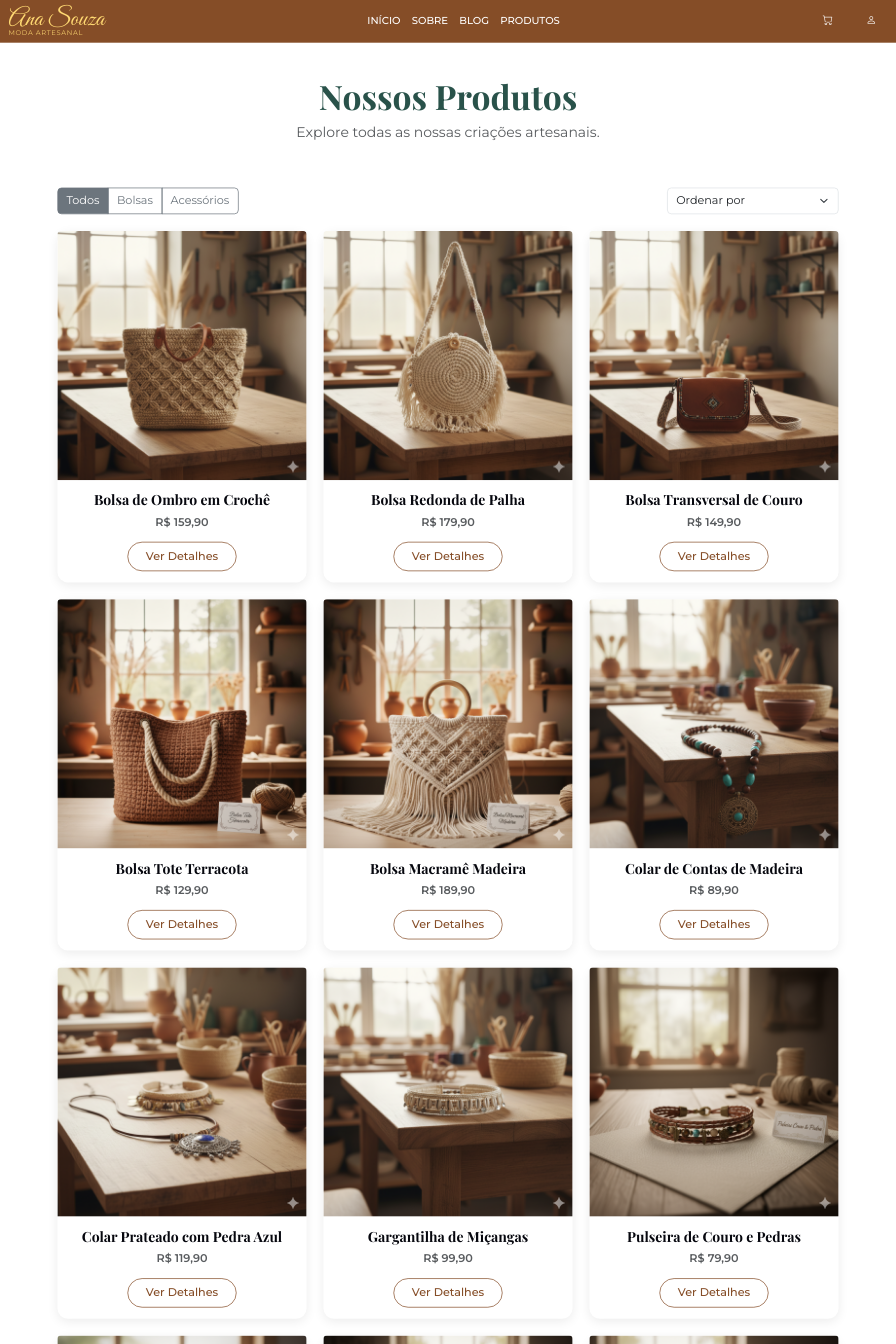
Repository: Lucascsg/projeto-anasouza-frontend
Page: produtos.html
These files come from the project's save history. The page is drawn as it stood at one moment and after the next save; the edit follows.
The browser window is 1280 px wide. The pictures show the part of the page from y = 0 to 1920 px (the page is 2659 px tall before and 2670 px after), at 70% of full size.

Above is the page before, as saved 2025-10-21 19:16:31.

After the next save:
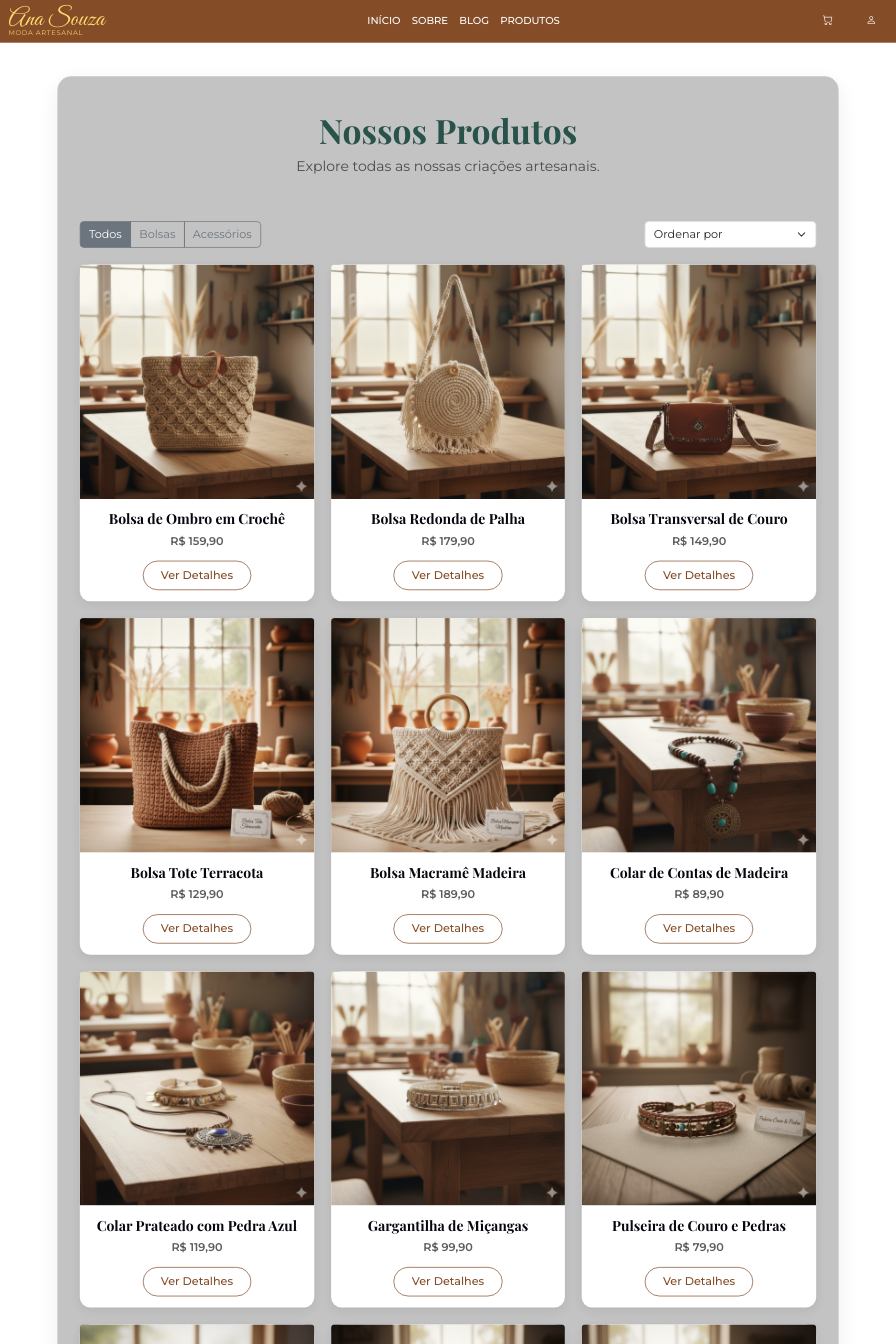
Saved 112 s later.
--- a/produtos.html
+++ b/produtos.html
@@ -45,6 +45,7 @@
     </header>
 
     <main class="container my-5">
+    <div class="section-card">
         <div class="row">
             <div class="col-12 text-center mb-5">
                 <h1 class="display-5 fw-bold">Nossos Produtos</h1>
@@ -71,7 +72,7 @@
 
         <div class="row gy-4" id="lista-completa-produtos">
             </div>
-    </main>
+    </div> </main>
 
     <footer class="py-4 footer-custom">
         <div class="container text-center text-white">
